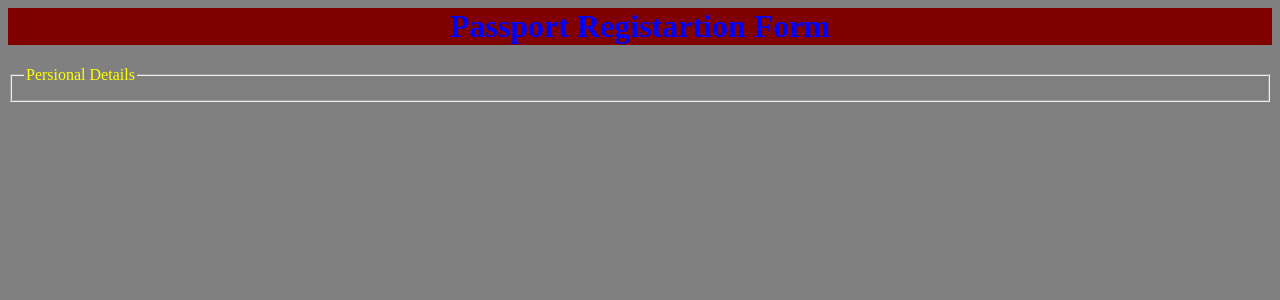
Repository: ShekharSudhansu/PHONEBOOK-APP-H2
Page: http://localhost/04PassportRegistrationApplication/views/persionaldetailsForm.jsp
The author's editor kept a copy of each file at every save. The page is drawn from the files as they stood at one save, then again after the next save.
The browser window is 1280 px wide. The pictures show the whole page.
The page is served by Tomcat 9. Other server files are loaded and not shown.

Above is the page before, as saved 2020-01-07 06:14:46.

### 04PassportRegistrationApplication/src/main/webapp/views/persionaldetailsForm.jsp
<%@ page language="java" contentType="text/html; charset=ISO-8859-1"
    pageEncoding="ISO-8859-1"%>
 <body style="background-color:#808080">
 	<h1 style="color:#0000FF;text-align: center;background-color: #800000">Passport Registartion Form</h1>
 	<fieldset>
 		<legend style="color: yellow">Persional Details</legend>
 	</fieldset>

 </body>

After the next save:
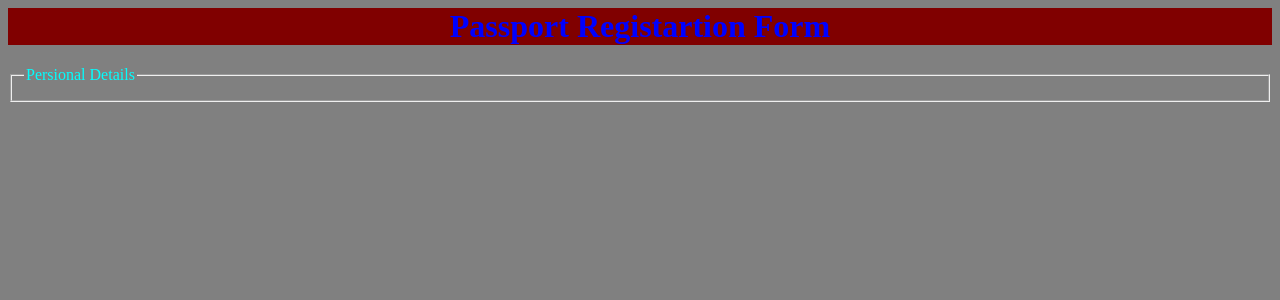
Saved 5 s later.
--- a/04PassportRegistrationApplication/src/main/webapp/views/persionaldetailsForm.jsp
+++ b/04PassportRegistrationApplication/src/main/webapp/views/persionaldetailsForm.jsp
@@ -3,7 +3,7 @@
  <body style="background-color:#808080">
  	<h1 style="color:#0000FF;text-align: center;background-color: #800000">Passport Registartion Form</h1>
  	<fieldset>
- 		<legend style="color: yellow">Persional Details</legend>
+ 		<legend style="color: cyan">Persional Details</legend>
  	</fieldset>
 
  </body>
